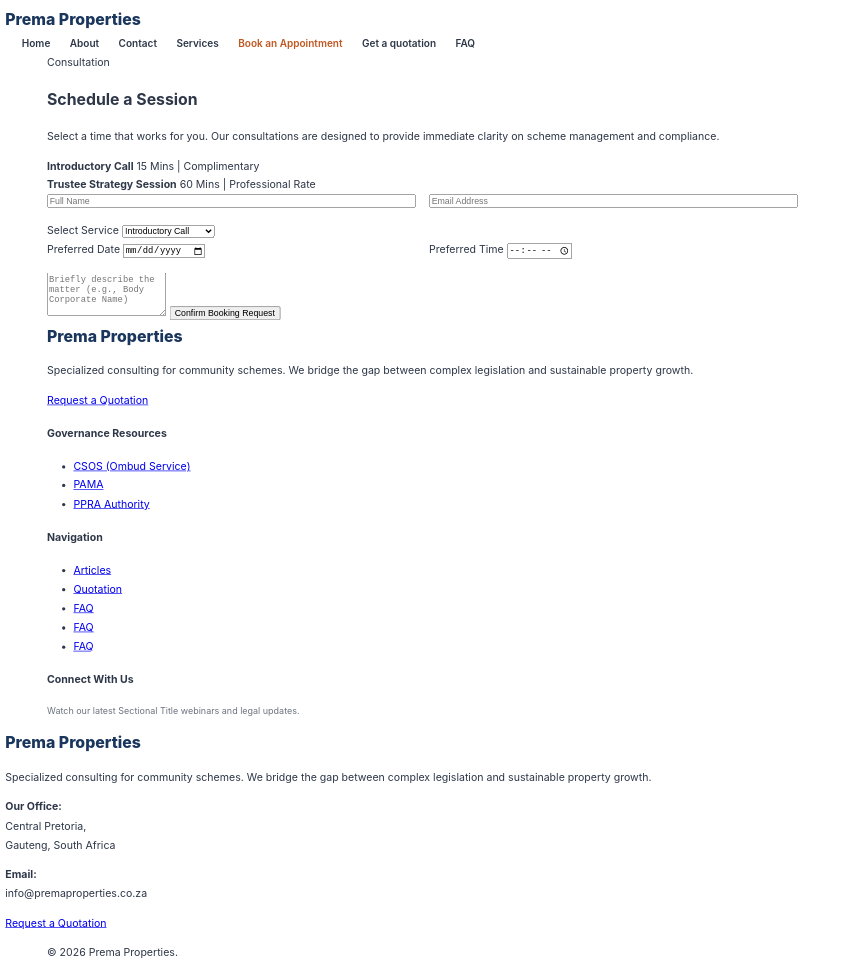
Repository: mnqobiMenzi/Prema-Properties
Page: appointment.html
These files come from the project's save history. The page is drawn as it stood at one moment and after the next save; the edit follows.
The browser window is 1280 px wide. The pictures show the whole page, at 66% of full size.

Above is the page before, as saved 2026-02-10 12:42:41.

### appointment.html
<!DOCTYPE html>
<html lang="en">
<head>
  <meta charset="UTF-8">
  <meta name="viewport" content="width=device-width, initial-scale=1.0">
  <title>Prema Properties</title>
  <link rel="stylesheet" href="CSS/style.css">
</head>
<body>

  <!-- Header / Navigation -->
  <header>
    <div class="logo">Prema Properties</div>
    <nav>
      <a href="index.html">Home</a>
      <a href="about-us.html">About</a>
      <a href="contact-us.html">Contact</a>
      <a href="services.html">Services</a>
      <a href="#appointment" class="active">Book an Appointment</a>
      <a href="quote.html">Get a quotation</a>
      <a href="FAQ.html">FAQ</a>
    </nav>
  </header>

  <section class="appointment-container container reveal">
    <div class="appointment-grid">

      <div class="appointment-info">
        <span class="label">Consultation</span>
        <h2>Schedule a Session</h2>
        <p>Select a time that works for you. Our consultations are designed to provide immediate clarity on scheme management and compliance.</p>

        <div class="meeting-types">
          <div class="m-type">
            <strong>Introductory Call</strong>
            <span>15 Mins | Complimentary</span>
          </div>
          <div class="m-type">
            <strong>Trustee Strategy Session</strong>
            <span>60 Mins | Professional Rate</span>
          </div>
        </div>
      </div>

      <div class="booking-card">
        <form id="appointmentForm">
          <div class="form-row">
            <input type="text" placeholder="Full Name" required>
            <input type="email" placeholder="Email Address" required>
          </div>

          <div class="form-group">
            <label>Select Service</label>
            <select required>
              <option value="intro">Introductory Call</option>
              <option value="compliance">Compliance Review</option>
              <option value="dispute">Dispute Mediation</option>
            </select>
          </div>

          <div class="form-row">
            <div class="form-group">
              <label>Preferred Date</label>
              <input type="date" required>
            </div>
            <div class="form-group">
              <label>Preferred Time</label>
              <input type="time" required>
            </div>
          </div>

          <textarea placeholder="Briefly describe the matter (e.g., Body Corporate Name)" rows="4"></textarea>

          <button type="submit" class="submit-btn">Confirm Booking Request</button>
        </form>
      </div>
    </div>
  </section>
  <!-- Footer -->
  <div id="footer-placeholder"></div>
  <script src="JavaScript/script.js"></script>
</body>
</html>

### CSS/style.css
/* --- Core Styles --- */
:root {
  --primary: #1a365d;
  --secondary: #c05621;
  --text: #2d3748;
  --white: #ffffff;
  --gray: #f7fafc;
  --transition: all 0.3s ease;
}

body {
  font-family: 'Inter', sans-serif;
  color: var(--text);
  line-height: 1.8;
}

.container { width: 90%; max-width: 1200px; margin: 0 auto; }
.section-padding { padding: 100px 0; }
.light-gray { background: var(--gray); }

/* --- Header --- */
.main-header {
  background: var(--white);
  padding: 20px 0;
  box-shadow: 0 4px 6px -1px rgba(0,0,0,0.1);
  position: sticky;
  top: 0; z-index: 1000;
}

.header-flex { display: flex; justify-content: space-between; align-items: center; }

.logo { font-size: 1.5rem; font-weight: 800; color: var(--primary); }
.logo span { color: var(--secondary); }

nav a {
  text-decoration: none;
  color: var(--text);
  font-weight: 600;
  margin-left: 25px;
  font-size: 0.95rem;
  transition: var(--transition);
}

nav a:hover, nav a.active { color: var(--secondary); }

.nav-btn {
  background: var(--primary);
  color: white !important;
  padding: 10px 20px;
  border-radius: 5px;
}

/* --- Hero v2 --- */
.hero-v2 {
  background: url('../images/Sectional-Title-Disputes.jpg') center/cover no-repeat;
  height: 85vh;
  position: relative;
}

.hero-overlay {
  background: linear-gradient(to right, rgba(26, 54, 93, 0.9), rgba(26, 54, 93, 0.4));
  height: 100%;
  display: flex;
  align-items: center;
  color: white;
}

.badge {
  background: var(--secondary);
  padding: 5px 15px;
  border-radius: 50px;
  font-size: 0.8rem;
  font-weight: bold;
  text-transform: uppercase;
}

.hero-v2 h1 { font-size: 3.5rem; margin: 20px 0; line-height: 1.2; max-width: 700px; }
.hero-v2 p { font-size: 1.25rem; max-width: 600px; margin-bottom: 30px; opacity: 0.9; }

.btn-main {
  background: var(--secondary);
  color: white;
  padding: 15px 35px;
  text-decoration: none;
  font-weight: bold;
  border-radius: 5px;
  display: inline-block;
}

.btn-outline {
  border: 2px solid white;
  color: white;
  padding: 13px 35px;
  text-decoration: none;
  border-radius: 5px;
  margin-left: 15px;
}

/* --- Trust Bar --- */
.trust-bar { background: var(--primary); color: white; padding: 30px 0; }
.trust-bar .container { display: flex; justify-content: space-around; text-align: center; }
.trust-item strong { display: block; font-size: 1.8rem; color: var(--secondary); }

/* --- Grid & Cards --- */
.split-grid { display: grid; grid-template-columns: 1fr 1fr; gap: 80px; align-items: center; }

.services-grid-v2 {
  display: grid;
  grid-template-columns: repeat(auto-fit, minmax(250px, 1fr));
  gap: 30px;
  margin-top: 50px;
}

.s-card {
  background: white;
  padding: 40px;
  border-radius: 10px;
  box-shadow: 0 10px 15px rgba(0,0,0,0.05);
  transition: var(--transition);
}

.s-card:hover { transform: translateY(-10px); }
.s-card i { font-size: 2.5rem; color: var(--secondary); margin-bottom: 20px; display: block; }
.s-card h3 { margin-bottom: 15px; color: var(--primary); }

.image-deco img {
  width: 100%;
  border-radius: 15px;
  box-shadow: 30px 30px 0 var(--gray), 31px 31px 0 var(--primary);
}

/* Responsive */
@media (max-width: 768px) {
  .hero-v2 h1 { font-size: 2.2rem; }
  .split-grid { grid-template-columns: 1fr; }
  .hero-actions { display: flex; flex-direction: column; gap: 15px; }
  .btn-outline { margin-left: 0; }
}

/* About Page Specifics */
.about-hero-v2 {
  background: linear-gradient(rgba(26, 54, 93, 0.9), rgba(26, 54, 93, 0.9)), url('../images/office-bg.jpg');
  padding: 100px 0;
  text-align: center;
  color: white;
}

.about-intro {
  max-width: 800px;
  margin: 0 auto 60px;
  text-align: center;
}

.about-intro h2 {
  color: var(--primary);
  margin-bottom: 20px;
}

.values-grid {
  display: grid;
  grid-template-columns: repeat(auto-fit, minmax(280px, 1fr));
  gap: 30px;
}

.value-item i {
  font-size: 2.5rem;
  color: var(--secondary);
  margin-bottom: 15px;
  display: block;
}

/* Director Card Layout */
.director-card {
  display: grid;
  grid-template-columns: 1fr 1.5fr;
  gap: 60px;
  background: white;
  padding: 40px;
  border-radius: 15px;
  box-shadow: 0 20px 40px rgba(0,0,0,0.05);
  align-items: center;
}

.director-image {
  position: relative;
}

.exp-seal {
  position: absolute;
  bottom: -20px;
  right: -20px;
  background: var(--secondary);
  color: white;
  padding: 15px;
  border-radius: 50%;
  font-weight: bold;
  font-size: 0.9rem;
  box-shadow: 0 10px 20px rgba(192, 86, 33, 0.3);
}

.linkedin-link {
  display: inline-flex;
  align-items: center;
  gap: 10px;
  color: var(--primary);
  text-decoration: none;
  font-weight: bold;
  margin-top: 20px;
}

/* --- Contact Page Specifics --- */
.contact-hero-v2 {
  background: var(--primary);
  color: white;
  padding: 80px 0;
  text-align: center;
}

.contact-wrapper {
  display: grid;
  grid-template-columns: 1fr 1.2fr;
  gap: 80px;
  align-items: start;
}

/* Info Details */
.info-item {
  display: flex;
  gap: 20px;
  margin-bottom: 30px;
  align-items: flex-start;
}

.info-item i {
  font-size: 1.5rem;
  color: var(--secondary);
  background: var(--gray);
  padding: 12px;
  border-radius: 10px;
}

.info-item strong {
  display: block;
  font-size: 1.1rem;
  color: var(--primary);
}

/* Form Styling */
.contact-form-card {
  background: white;
  padding: 50px;
  border-radius: 15px;
  box-shadow: 0 30px 60px rgba(0,0,0,0.1);
}

.form-title {
  margin-bottom: 30px;
  color: var(--primary);
  font-weight: 700;
}

.form-row {
  display: grid;
  grid-template-columns: 1fr 1fr;
  gap: 20px;
  margin-bottom: 20px;
}

.submit-btn-v2 {
  width: 100%;
  background: var(--primary);
  color: white;
  padding: 15px;
  border: none;
  border-radius: 5px;
  font-weight: bold;
  cursor: pointer;
  transition: var(--transition);
}

.submit-btn-v2:hover {
  background: var(--secondary);
  transform: translateY(-2px);
}

@media (max-width: 992px) {
  .contact-wrapper { grid-template-columns: 1fr; gap: 50px; }
  .form-row { grid-template-columns: 1fr; }
}

/* Services Specific Styles */
.services-hero-v2 {
  background: var(--primary);
  padding: 80px 0;
  text-align: center;
  color: white;
}

.s-list {
  list-style: none;
  padding: 0;
  margin-top: 20px;
  border-top: 1px solid #eee;
  padding-top: 20px;
}

.s-list li {
  font-size: 0.9rem;
  margin-bottom: 10px;
  display: flex;
  align-items: center;
  gap: 10px;
  color: var(--text);
}

.s-list i {
  color: var(--secondary);
  font-size: 1rem;
  margin: 0; /* Override s-card i margin */
}

.services-cta {
  background: var(--gray);
  padding: 80px 0;
  text-align: center;
}

.center-text h2 {
  color: var(--primary);
  margin-bottom: 20px;
}

/* --- Articles Page Styles --- */
.articles-hero {
  background: var(--gray);
  padding: 60px 0;
  border-bottom: 1px solid #eee;
}

.category-tag {
  background: var(--secondary);
  color: white;
  padding: 4px 12px;
  border-radius: 4px;
  font-size: 0.75rem;
  font-weight: 700;
  text-transform: uppercase;
  display: inline-block;
  margin-bottom: 15px;
}

/* Featured Post Layout */
.featured-post-v2 {
  display: grid;
  grid-template-columns: 1fr 1fr;
  gap: 50px;
  background: white;
  border-radius: 15px;
  overflow: hidden;
  box-shadow: 0 20px 40px rgba(0,0,0,0.05);
  margin-bottom: 80px;
  align-items: center;
}

.featured-image img {
  width: 100%;
  height: 100%;
  object-fit: cover;
}

.featured-content { padding: 40px; }
.featured-content h2 { font-size: 2rem; color: var(--primary); margin-bottom: 20px; }

/* Grid Layout */
.articles-grid-v2 {
  display: grid;
  grid-template-columns: repeat(auto-fit, minmax(300px, 1fr));
  gap: 40px;
}

.post-card-v2 {
  background: white;
  padding: 30px;
  border-radius: 10px;
  border: 1px solid #eee;
  transition: var(--transition);
}

.post-card-v2:hover {
  border-color: var(--secondary);
  transform: translateY(-5px);
}

.card-meta {
  display: flex;
  justify-content: space-between;
  align-items: center;
  margin-bottom: 20px;
}

.inline-link {
  color: var(--secondary);
  text-decoration: none;
  font-weight: bold;
  font-size: 0.9rem;
}

@media (max-width: 768px) {
  .featured-post-v2 { grid-template-columns: 1fr; }
}

/* --- FAQ Styling --- */
.faq-hero {
  background: var(--primary);
  color: white;
  padding: 60px 0;
  text-align: center;
}

.faq-layout {
  display: grid;
  grid-template-columns: 250px 1fr;
  gap: 50px;
}

.faq-sidebar h3 {
  font-size: 1.2rem;
  color: var(--primary);
  margin-bottom: 20px;
}

.faq-sidebar ul { list-style: none; padding: 0; }
.faq-sidebar li { margin-bottom: 15px; }
.faq-sidebar a {
  text-decoration: none;
  color: var(--text);
  font-weight: 500;
  transition: var(--transition);
}
.faq-sidebar a.active, .faq-sidebar a:hover { color: var(--secondary); }

/* Accordion Logic */
.faq-item {
  border-bottom: 1px solid #eee;
  margin-bottom: 10px;
}

.faq-question {
  width: 100%;
  padding: 20px 0;
  background: none;
  border: none;
  display: flex;
  justify-content: space-between;
  align-items: center;
  font-size: 1.1rem;
  font-weight: 700;
  color: var(--primary);
  cursor: pointer;
  text-align: left;
}

.faq-question i {
  transition: transform 0.3s ease;
  color: var(--secondary);
}

.faq-answer {
  max-height: 0;
  overflow: hidden;
  transition: max-height 0.3s ease-out;
}

.faq-answer p {
  padding-bottom: 20px;
  color: var(--text);
  line-height: 1.6;
}

/* Open State */
.faq-item.active .faq-answer {
  max-height: 300px; /* Adjust as needed */
}

.faq-item.active .faq-question i {
  transform: rotate(45deg);
}

@media (max-width: 768px) {
  .faq-layout { grid-template-columns: 1fr; }
  .faq-sidebar { display: none; }
}

### JavaScript/script.js
document.addEventListener("DOMContentLoaded", function() {
    const footerPlaceholder = document.getElementById("footer-placeholder");

    if (footerPlaceholder) {
        fetch("footer.html")
            .then(response => {
                if (!response.ok) throw new Error("Footer file not found");
                return response.text();
            })
            .then(data => {
                footerPlaceholder.innerHTML = data;
            })
            .catch(err => {
                console.warn("Footer load failed. Error:", err);
                // Fallback text so you know it's trying to work
                footerPlaceholder.innerHTML = "<p style='text-align:center; padding:20px;'>Footer Loading...</p>";
            });
    }
});

### footer.html
<!DOCTYPE html>
<html lang="en">
<head>
    <meta charset="UTF-8">
    <meta name="viewport" content="width=device-width, initial-scale=1.0">
    <title>Document</title>
</head>
<body>
    <footer class="main-footer">
  <div class="container footer-grid">
    <div class="footer-column brand-info">
      <div class="logo">Prema Properties</div>
      <p>Specialized consulting for community schemes. We bridge the gap between complex legislation and sustainable property growth.</p>
      <a href="quote.html" class="footer-cta-btn">Request a Quotation</a>
    </div>

    <div class="footer-column">
      <h4>Governance Resources</h4>
      <ul>
        <li><a href="https://www.csos.org.za/" target="_blank">CSOS (Ombud Service)</a></li>
        <li><a href="https://www.pama.org.za/" target="_blank">PAMA</a></li>
        <li><a href="https://www.eaab.org.za/" target="_blank">PPRA Authority</a></li>
      </ul>
    </div>

    <div class="footer-column">
      <h4>Navigation</h4>
      <ul>
        <li><a href="articles.html">Articles</a></li>
        <li><a href="quote.html">Quotation</a></li>
        <li><a href="FAQ.html">FAQ</a></li>
        <li><a href="about-us.html">FAQ</a></li>
        <li><a href="contact-us.html">FAQ</a></li>
      </ul>
    </div>
    <div class="footer-column">
  <h4>Connect With Us</h4>
  <p style="font-size: 0.85rem; margin-bottom: 15px; opacity: 0.7;">
    Watch our latest Sectional Title webinars and legal updates.
  </p>
  <div class="social-icons">
    <a href="#" target="_blank" title="Facebook"><i class="bi bi-facebook"></i></a>
    <a href="#" target="_blank" title="LinkedIn"><i class="bi bi-linkedin"></i></a>
    <a href="#" target="_blank" title="YouTube"><i class="bi bi-youtube"></i></a>
    <a href="#" target="_blank" title="X (Twitter)"><i class="bi bi-twitter-x"></i></a>
    <a href="#" target="_blank" title="WhatsApp"><i class="bi bi-whatsapp"></i></a>
  </div>
</div>
  </div>
  <div class="footer-column brand-info">
  <div class="logo">Prema Properties</div>
  <p>Specialized consulting for community schemes. We bridge the gap between complex legislation and sustainable property growth.</p>

  <div class="footer-address">
    <p><i class="bi bi-geo-alt-fill"></i> <strong>Our Office:</strong><br>
    Central Pretoria,<br>
    Gauteng, South Africa</p>

    <p><i class="bi bi-envelope-fill"></i> <strong>Email:</strong><br>
    info@premaproperties.co.za</p>
  </div>

  <a href="quote.html" class="footer-cta-btn">Request a Quotation</a>
</div>
  <div class="footer-bottom">
    <div class="container"><p>&copy; 2026 Prema Properties.</p></div>
  </div>
</footer>
</body>
</html>

After the next save:
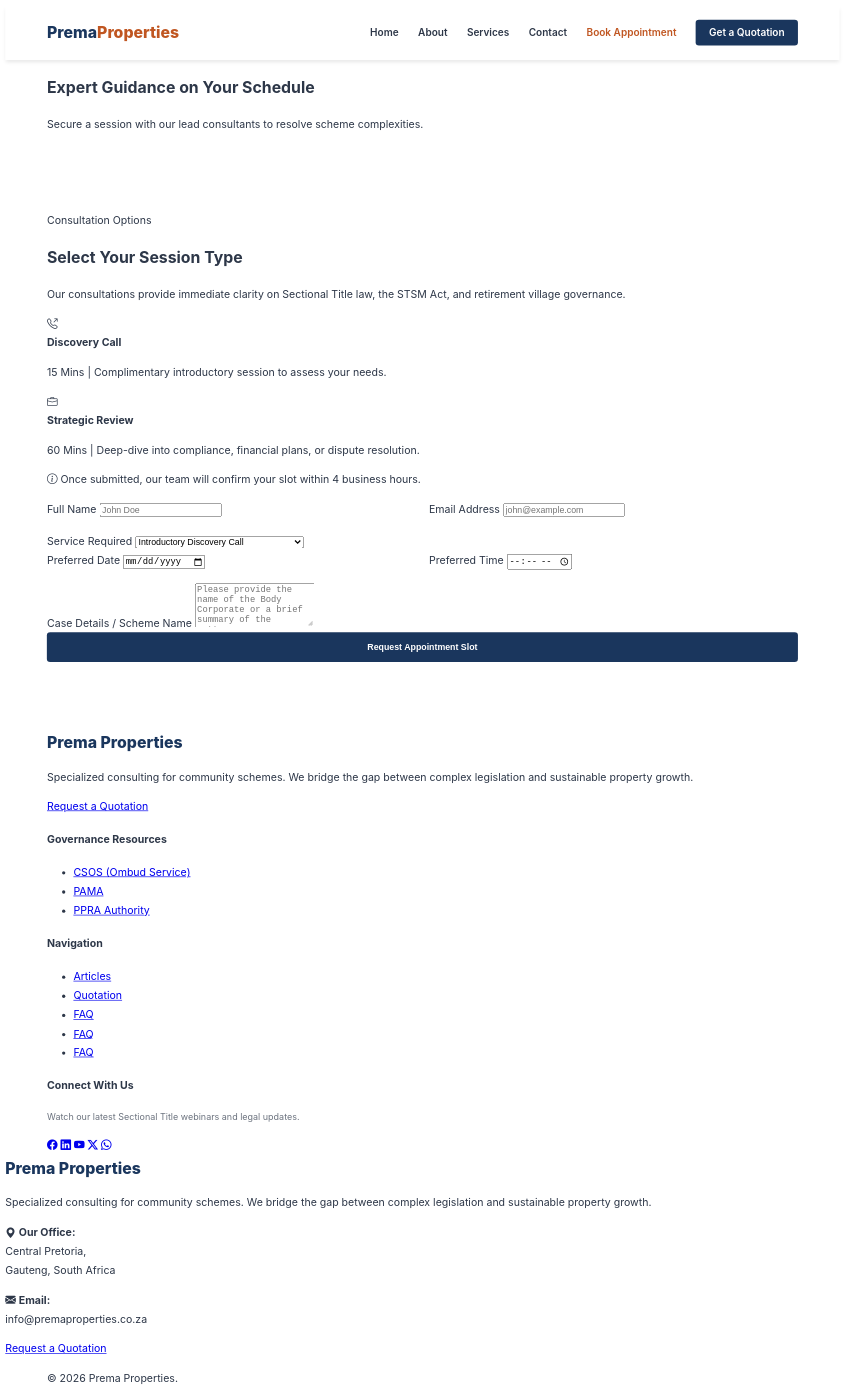
Saved 2 min 27 s later.
--- a/appointment.html
+++ b/appointment.html
@@ -3,80 +3,112 @@
 <head>
   <meta charset="UTF-8">
   <meta name="viewport" content="width=device-width, initial-scale=1.0">
-  <title>Prema Properties</title>
+  <title>Book a Consultation | Prema Properties</title>
   <link rel="stylesheet" href="CSS/style.css">
+  <link rel="stylesheet" href="https://cdn.jsdelivr.net/npm/bootstrap-icons@1.13.1/font/bootstrap-icons.min.css">
 </head>
 <body>
 
-  <!-- Header / Navigation -->
-  <header>
-    <div class="logo">Prema Properties</div>
-    <nav>
-      <a href="index.html">Home</a>
-      <a href="about-us.html">About</a>
-      <a href="contact-us.html">Contact</a>
-      <a href="services.html">Services</a>
-      <a href="#appointment" class="active">Book an Appointment</a>
-      <a href="quote.html">Get a quotation</a>
-      <a href="FAQ.html">FAQ</a>
-    </nav>
+  <header class="main-header">
+    <div class="container header-flex">
+      <div class="logo">Prema<span>Properties</span></div>
+      <nav>
+        <a href="index.html">Home</a>
+        <a href="about-us.html">About</a>
+        <a href="services.html">Services</a>
+        <a href="contact-us.html">Contact</a>
+        <a href="appointment.html" class="active">Book Appointment</a>
+        <a href="quote.html" class="nav-btn">Get a Quotation</a>
+      </nav>
+    </div>
   </header>
 
-  <section class="appointment-container container reveal">
-    <div class="appointment-grid">
+  <section class="appointment-hero-v2">
+    <div class="container">
+      <h1>Expert Guidance on Your Schedule</h1>
+      <p>Secure a session with our lead consultants to resolve scheme complexities.</p>
+    </div>
+  </section>
 
-      <div class="appointment-info">
-        <span class="label">Consultation</span>
-        <h2>Schedule a Session</h2>
-        <p>Select a time that works for you. Our consultations are designed to provide immediate clarity on scheme management and compliance.</p>
+  <section class="section-padding">
+    <div class="container">
+      <div class="appointment-wrapper">
 
-        <div class="meeting-types">
-          <div class="m-type">
-            <strong>Introductory Call</strong>
-            <span>15 Mins | Complimentary</span>
-          </div>
-          <div class="m-type">
-            <strong>Trustee Strategy Session</strong>
-            <span>60 Mins | Professional Rate</span>
-          </div>
-        </div>
-      </div>
+        <div class="appointment-info-box">
+          <span class="label">Consultation Options</span>
+          <h2>Select Your Session Type</h2>
+          <p>Our consultations provide immediate clarity on Sectional Title law, the STSM Act, and retirement village governance.</p>
 
-      <div class="booking-card">
-        <form id="appointmentForm">
-          <div class="form-row">
-            <input type="text" placeholder="Full Name" required>
-            <input type="email" placeholder="Email Address" required>
-          </div>
+          <div class="meeting-card-list">
+            <div class="m-card">
+              <div class="m-icon"><i class="bi bi-telephone-outbound"></i></div>
+              <div>
+                <strong>Discovery Call</strong>
+                <p>15 Mins | Complimentary introductory session to assess your needs.</p>
+              </div>
+            </div>
 
-          <div class="form-group">
-            <label>Select Service</label>
-            <select required>
-              <option value="intro">Introductory Call</option>
-              <option value="compliance">Compliance Review</option>
-              <option value="dispute">Dispute Mediation</option>
-            </select>
-          </div>
-
-          <div class="form-row">
-            <div class="form-group">
-              <label>Preferred Date</label>
-              <input type="date" required>
-            </div>
-            <div class="form-group">
-              <label>Preferred Time</label>
-              <input type="time" required>
+            <div class="m-card featured-m">
+              <div class="m-icon"><i class="bi bi-briefcase"></i></div>
+              <div>
+                <strong>Strategic Review</strong>
+                <p>60 Mins | Deep-dive into compliance, financial plans, or dispute resolution.</p>
+              </div>
             </div>
           </div>
 
-          <textarea placeholder="Briefly describe the matter (e.g., Body Corporate Name)" rows="4"></textarea>
+          <div class="process-note">
+            <p><i class="bi bi-info-circle"></i> Once submitted, our team will confirm your slot within 4 business hours.</p>
+          </div>
+        </div>
 
-          <button type="submit" class="submit-btn">Confirm Booking Request</button>
-        </form>
+        <div class="booking-form-card">
+          <form id="appointmentForm">
+            <div class="form-row">
+              <div class="form-group">
+                <label>Full Name</label>
+                <input type="text" placeholder="John Doe" required>
+              </div>
+              <div class="form-group">
+                <label>Email Address</label>
+                <input type="email" placeholder="john@example.com" required>
+              </div>
+            </div>
+
+            <div class="form-group">
+              <label>Service Required</label>
+              <select required>
+                <option value="intro">Introductory Discovery Call</option>
+                <option value="compliance">Full Compliance Audit Review</option>
+                <option value="dispute">Mediation & Dispute Session</option>
+                <option value="retirement">Retirement Scheme Life Right Advisory</option>
+              </select>
+            </div>
+
+            <div class="form-row">
+              <div class="form-group">
+                <label>Preferred Date</label>
+                <input type="date" required>
+              </div>
+              <div class="form-group">
+                <label>Preferred Time</label>
+                <input type="time" required>
+              </div>
+            </div>
+
+            <div class="form-group">
+              <label>Case Details / Scheme Name</label>
+              <textarea placeholder="Please provide the name of the Body Corporate or a brief summary of the matter..." rows="4"></textarea>
+            </div>
+
+            <button type="submit" class="submit-btn-v2">Request Appointment Slot</button>
+          </form>
+        </div>
+
       </div>
     </div>
   </section>
-  <!-- Footer -->
+
   <div id="footer-placeholder"></div>
   <script src="JavaScript/script.js"></script>
 </body>
